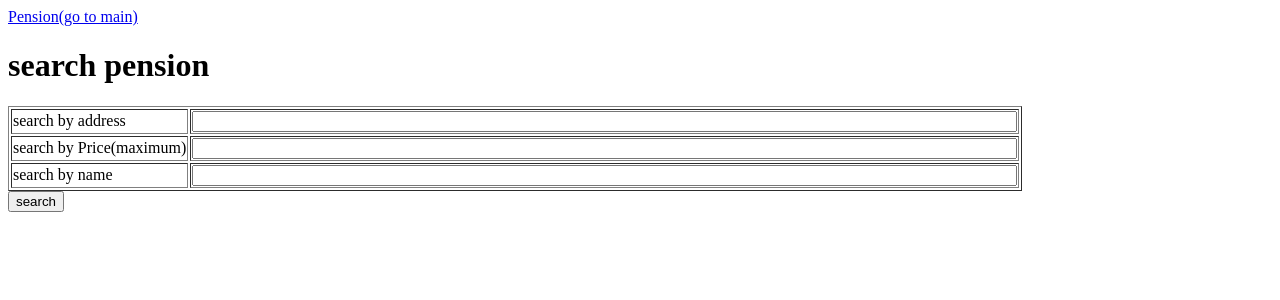
Repository: spero-spera/termproject
Page: http://localhost/pension/search.php
The author's editor kept a record of every edit. The page is drawn from the files as they stood at one moment, then again after the next edit.
The browser window is 1280 px wide. The pictures show the whole page.
The page is run by PHP 8.4 with error messages shown; the project is at /var/www/html/.

Above is the page before.

### pension/search.php
<div id="home"><a href="../index.php">Pension(go to main)</a></div>


<doctype html>

<html>
<head>
<title>search page</title>
</head>
<body>
<form name="add" method="post" action="list_pension.php">
 <h1>search pension</h1>
 <table border="1">
     <tr>
   <td>search by address</td>
   <td><input type="text" size="100" name="addr"></td>
  </tr>
     <tr>
   <td>search by Price(maximum)</td>
   <td><input type="text" size="100" name="Price"></td>
  </tr>
    <tr>
   <td>search by name</td>
   <td><input type="text" size="100" name="name"></td>
  </tr>
  </table>
 <input type=submit value="search">
</form>
</body>
</html>

After the next edit:
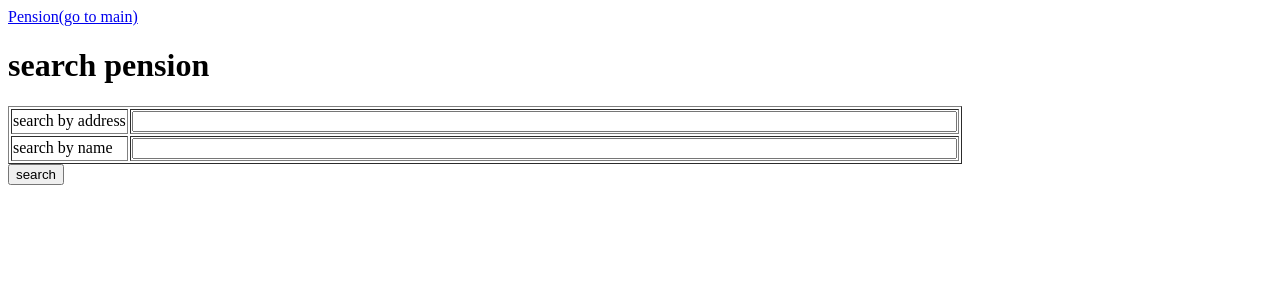
The edit:
--- a/pension/search.php
+++ b/pension/search.php
@@ -15,10 +15,6 @@
    <td>search by address</td>
    <td><input type="text" size="100" name="addr"></td>
   </tr>
-     <tr>
-   <td>search by Price(maximum)</td>
-   <td><input type="text" size="100" name="Price"></td>
-  </tr>
     <tr>
    <td>search by name</td>
    <td><input type="text" size="100" name="name"></td>
